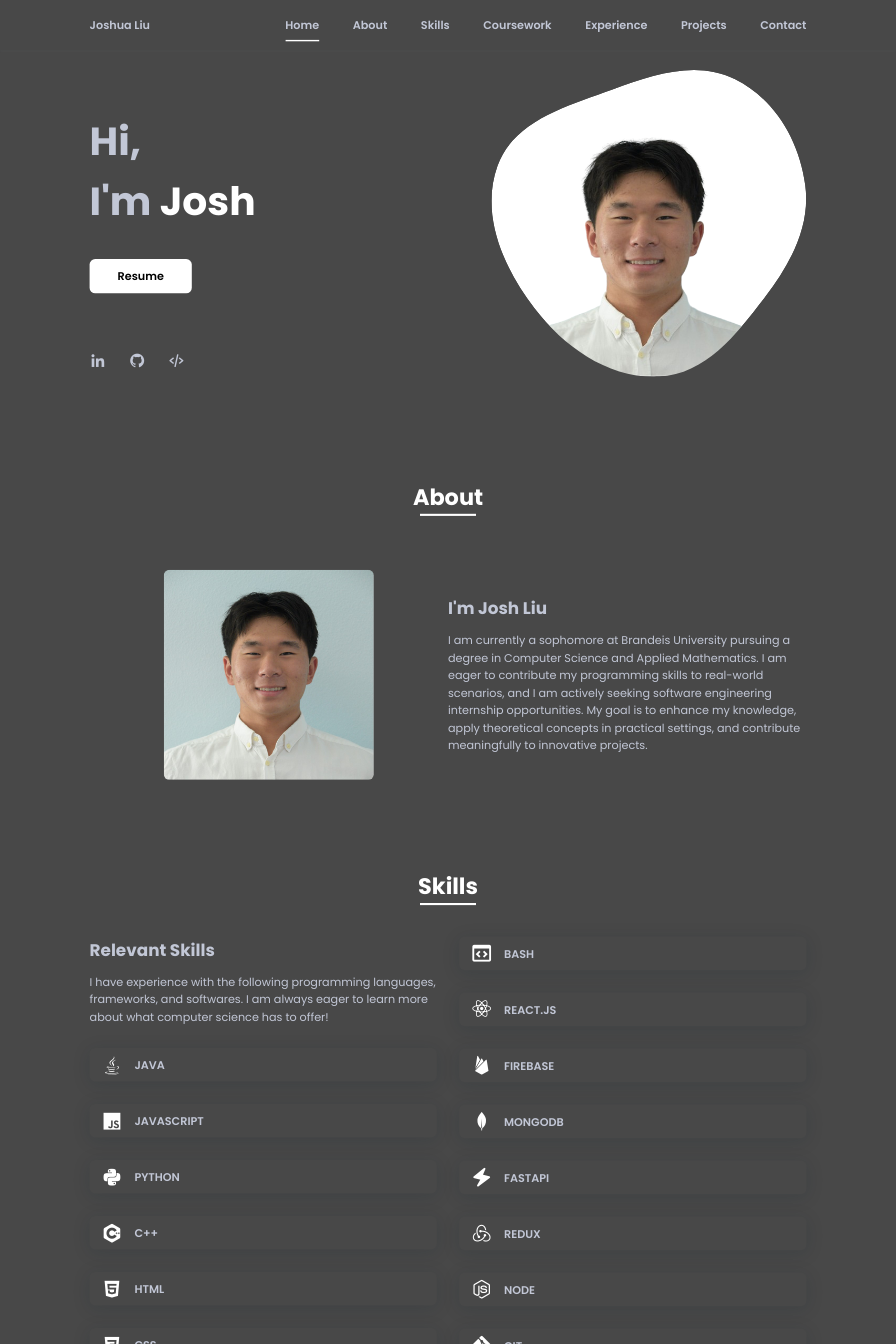
Repository: joshliu14/joshliu14.github.io
Page: index.html
These files come from the project's save history. The page is drawn as it stood at one moment and after the next save; the edit follows.
The browser window is 1280 px wide. The pictures show the part of the page from y = 0 to 1920 px (the page is 5345 px tall), at 70% of full size.

Above is the page before, as saved 2024-02-01 03:42:15.

After the next save:
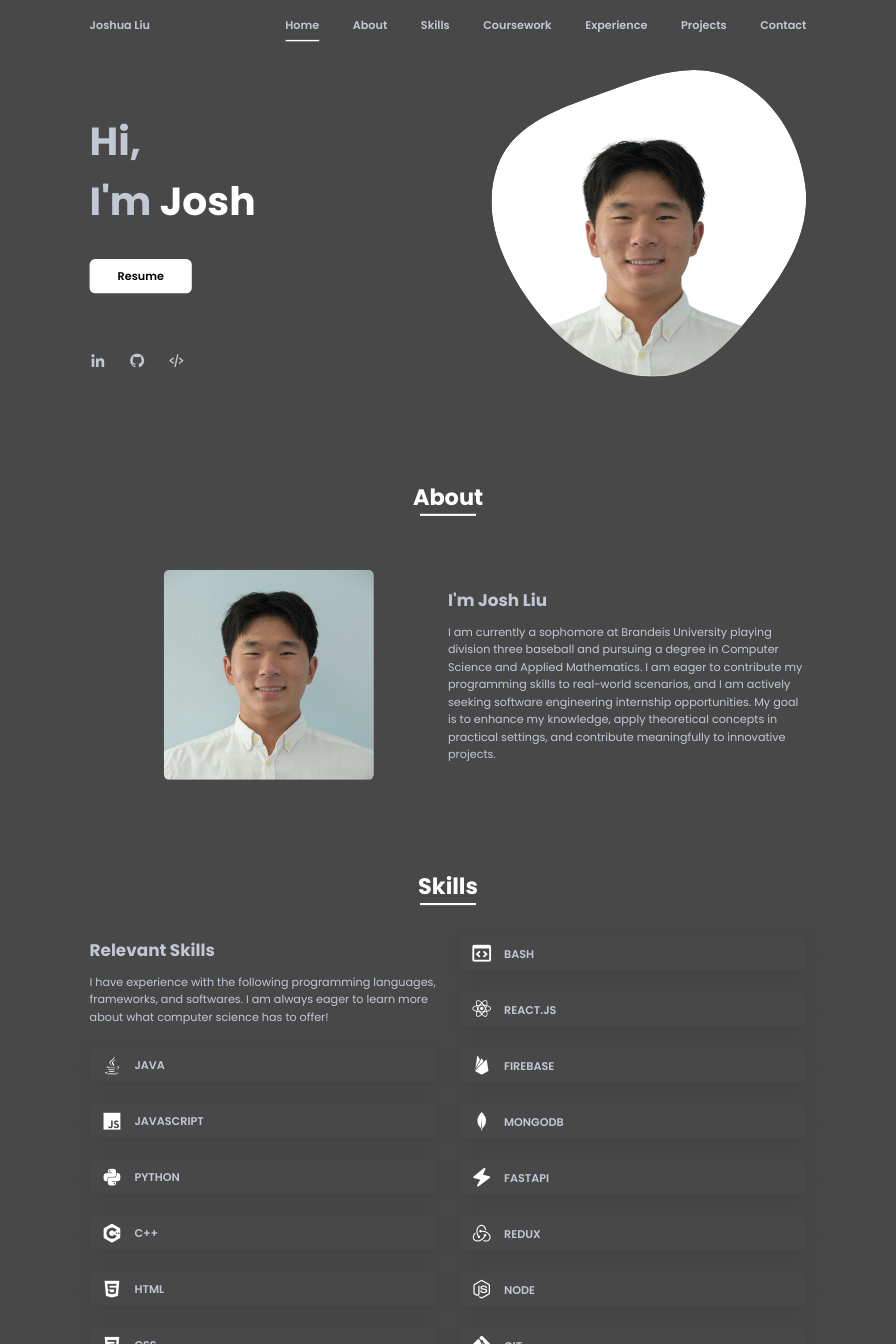
Saved 2 days later.
--- a/index.html
+++ b/index.html
@@ -118,9 +118,9 @@
           <div>
             <h2 class="about__subtitle">I'm Josh Liu</h2>
             <p class="about__text">
-              I am currently a sophomore at Brandeis University pursuing a
-              degree in Computer Science and Applied Mathematics. I am eager to
-              contribute my programming skills to real-world scenarios, and I am
+              I am currently a sophomore at Brandeis University playing division three
+              baseball and pursuing a degree in Computer Science and Applied Mathematics.
+              I am eager to contribute my programming skills to real-world scenarios, and I am
               actively seeking software engineering internship opportunities. My
               goal is to enhance my knowledge, apply theoretical concepts in
               practical settings, and contribute meaningfully to innovative
